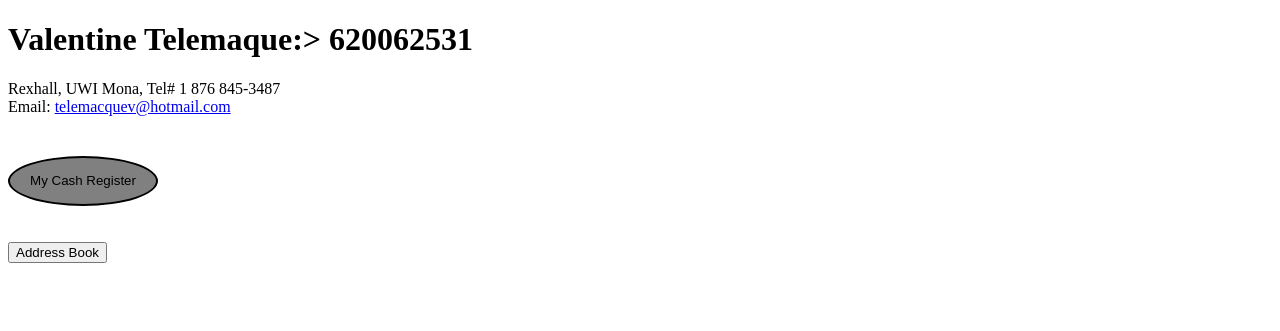
Repository: telemacquev/info2180project1
Page: index.html
The author's editor kept a record of every edit. The page is drawn from the files as they stood at one moment, then again after the next edit.
The browser window is 1280 px wide. The pictures show the whole page.

Above is the page before.

After the next edit:
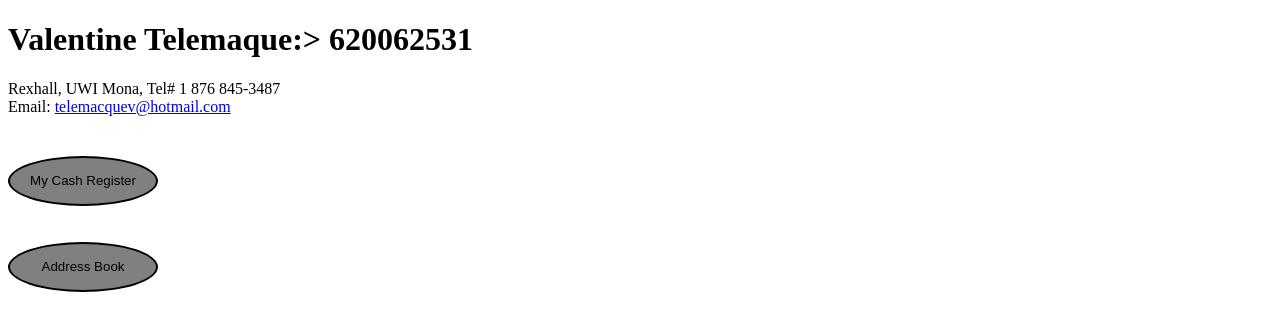
The edit:
--- a/stylesheet.css
+++ b/stylesheet.css
@@ -31,3 +31,17 @@ a:hover {
      color:#302013;
      font-family: Cursive, Arial;
 }
+
+#button02  {
+   width: 150px;
+   height: 50px;
+   background-color: gray;
+   color:black;
+   border-radius: 99%;
+   border: 2px solid black;
+}
+
+#button01:hover {
+   background-color: yellow;
+   color: blue;
+}
